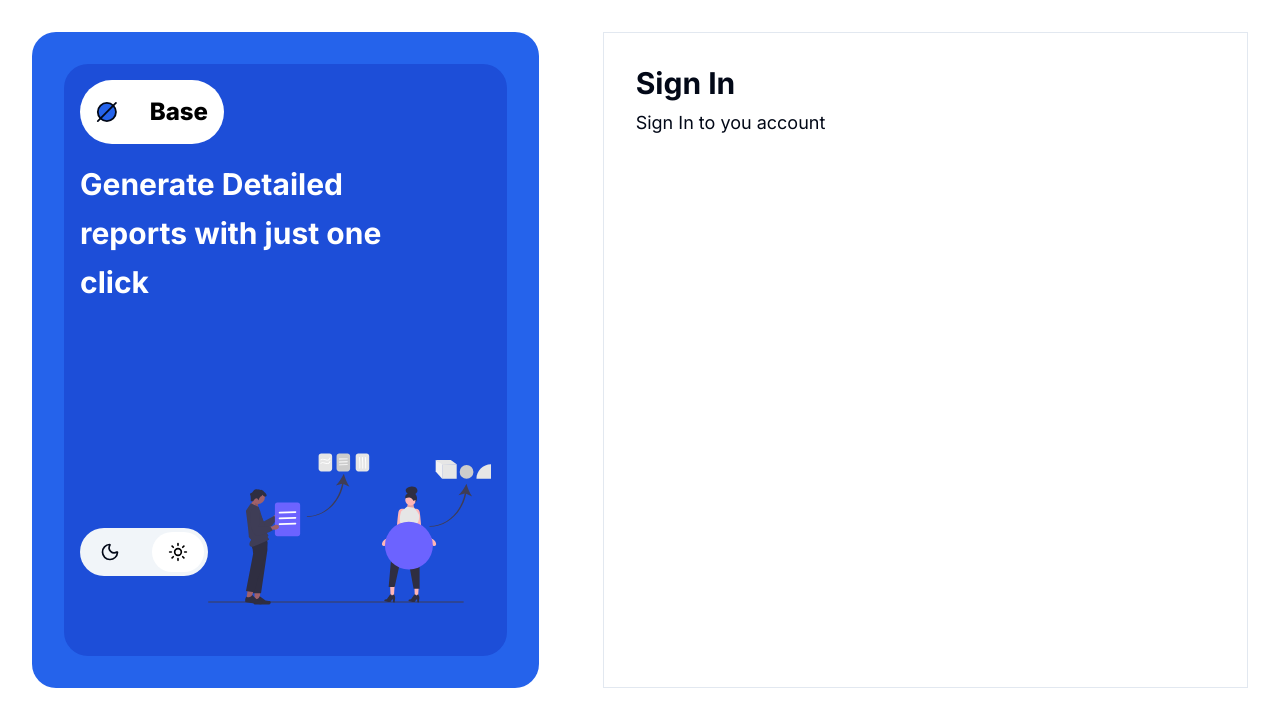
Repository: Hardyy00/openinapp_assignment
Page: /
The author's editor kept a copy of each file at every save. The page is drawn from the files as they stood at one save, then again after the next save.
The browser window is 1280 px wide. The pictures show the whole page.
The project was rebuilt for these pictures with package versions that can differ from the ones it lists, and the page was loaded fresh each time. The framework's server and built-in components were replaced by stand-ins that run in the browser. Also part of the build but not shown: next.config.mjs.

Above is the page before, as saved 2024-08-23 16:09:56.

After the next save:
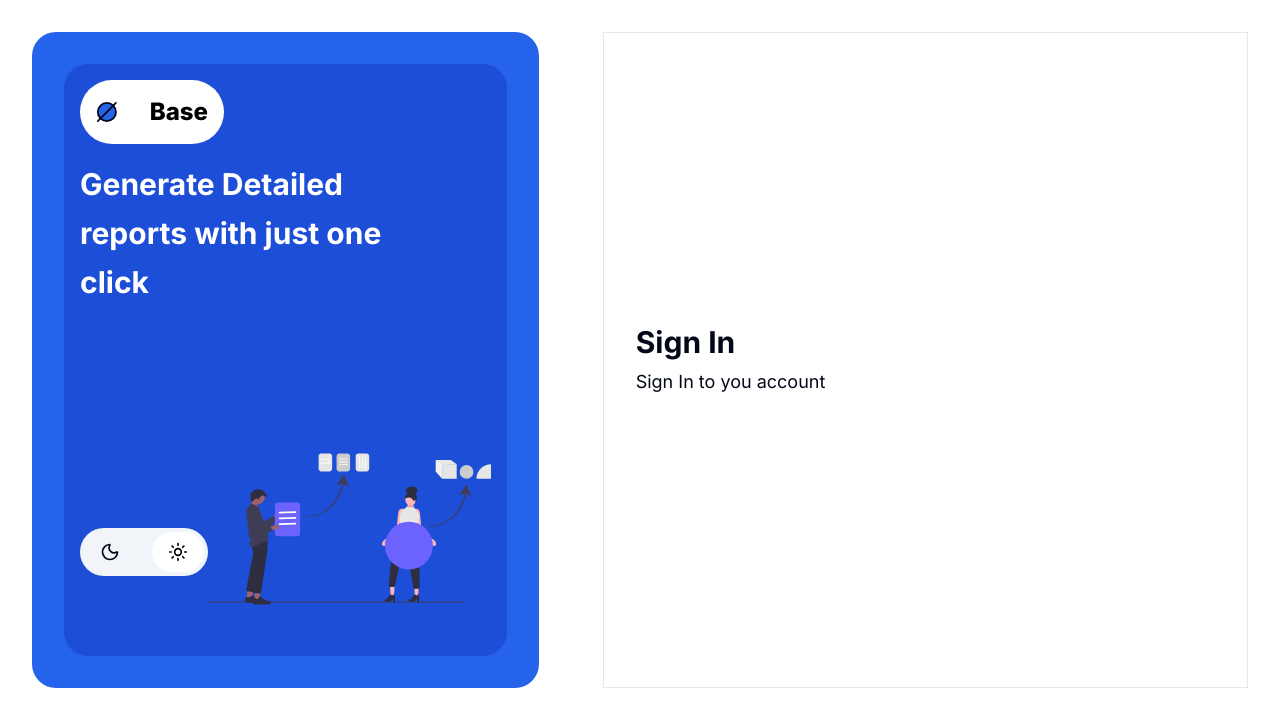
Saved 7 s later.
--- a/app/(auth)/page.tsx
+++ b/app/(auth)/page.tsx
@@ -1,7 +1,7 @@
 export default function Page() {
   return (
     <div className="h-full p-8">
-      <div className="p-8 border h-full flex">
+      <div className="p-8 border h-full flex items-center">
         <div className="space-y-2">
           <h1 className="text-foreground font-bold text-3xl">Sign In</h1>
           <p className="text-lg">Sign In to you account</p>
